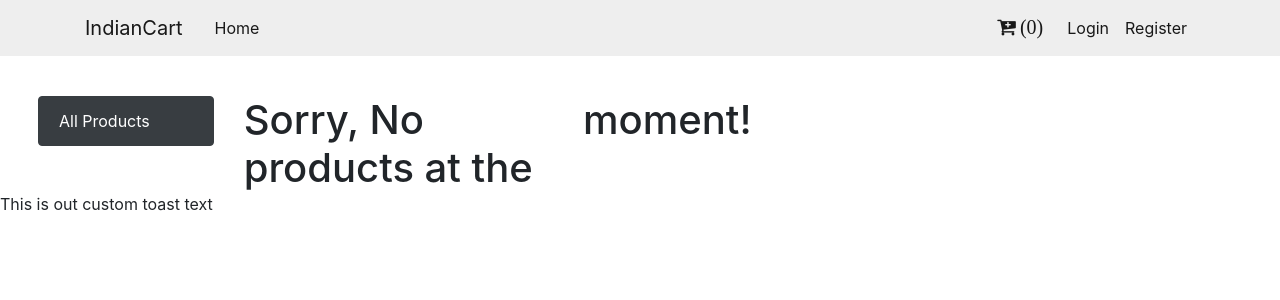
Repository: neerajchavan/E-Commerce-Project
Page: http://localhost/E-Commerce-Project/index.jsp?category=all
An editor plug-in stored every save of this project. The page is shown before and after the next save, followed by the edit.
The browser window is 1280 px wide. The pictures show the whole page.
Some web libraries are served in a nearby version. The page is served by Tomcat 9. Queries for data that is not in the repository find no rows.

Above is the page before, as saved 2020-10-24 04:58:08.

After the next save:
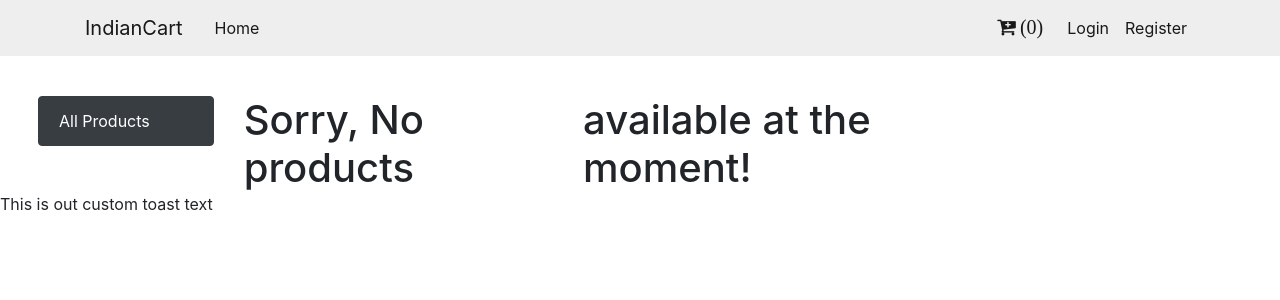
Saved 7 s later.
--- a/E-Commerce-Project/WebContent/index.jsp
+++ b/E-Commerce-Project/WebContent/index.jsp
@@ -70,7 +70,7 @@
 						<div class="card-columns">
 							<%
 								if (product.size() == 0) {
-									out.println("<h1>Sorry, No products at the moment!</h1>");
+									out.println("<h1>Sorry, No products available at the moment!</h1>");
 								}
 							%>
 
